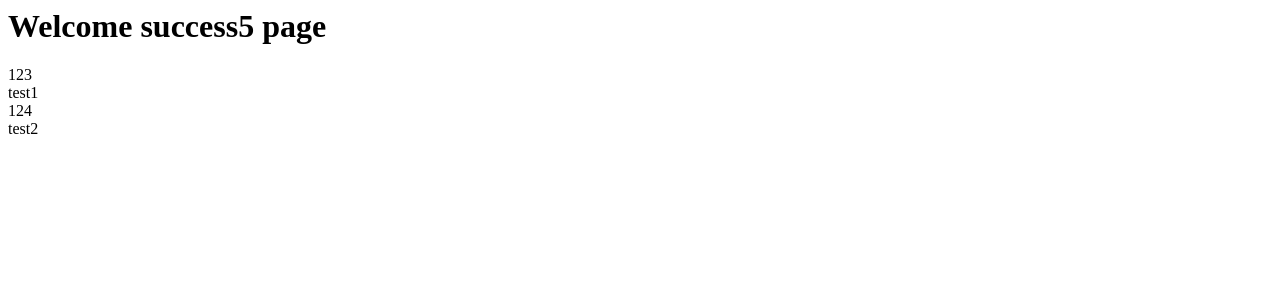
Repository: cjwarrior7/Ust_training2-of-eclipse
Page: http://localhost/SpringMVCDemo1.0/link5
These files come from the project's save history. The page is drawn as it stood at one moment and after the next save; the edit follows.
The browser window is 1280 px wide. The pictures show the whole page.
The page is served by Tomcat 9.

Above is the page before, as saved 2020-01-23 16:28:52.

After the next save:
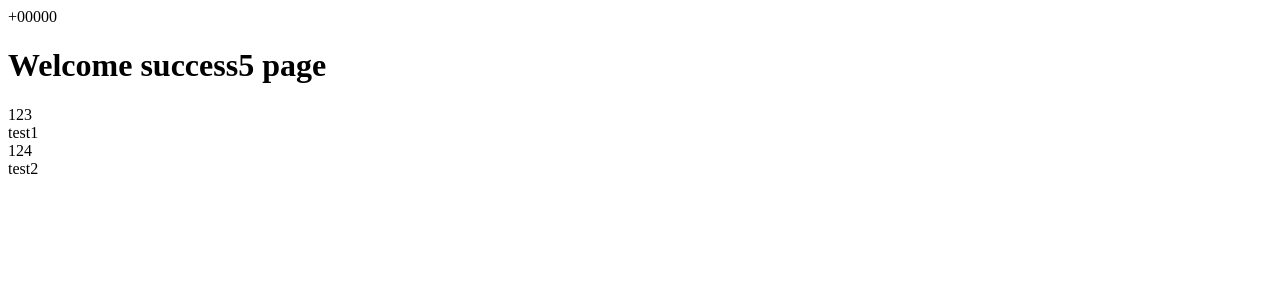
Saved 24 h 31 min later.
--- a/eclipse-workspace/SpringMVCDemo1.0/WebContent/WEB-INF/view/success5.jsp
+++ b/eclipse-workspace/SpringMVCDemo1.0/WebContent/WEB-INF/view/success5.jsp
@@ -1,4 +1,4 @@
-
++00000
     <%@ taglib uri="http://java.sun.com/jsp/jstl/core" prefix="c"%>
 
 
